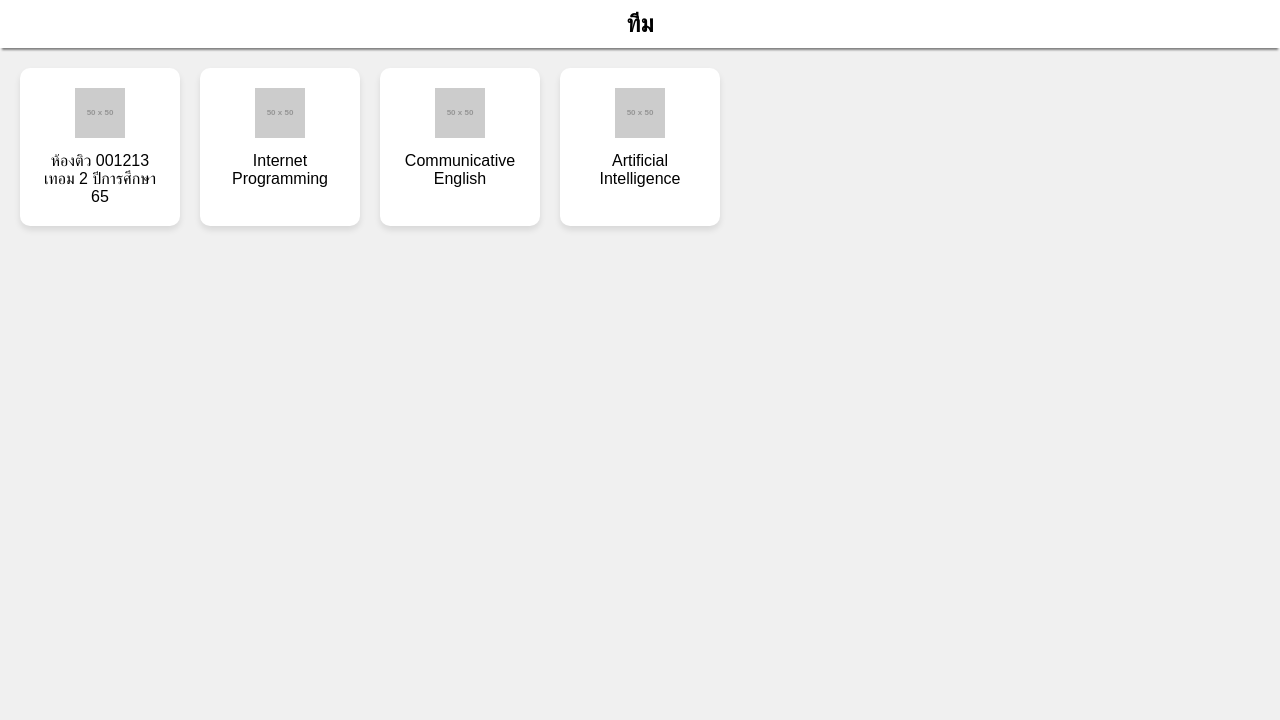
Repository: praifas16/ProPro
Page: docs/studenthead.html
These files come from the project's save history. The page is drawn as it stood at one moment and after the next save; the edit follows.
The browser window is 1280 px wide. The pictures show the whole page.

Above is the page before, as saved 2024-08-21 19:45:03.

After the next save:
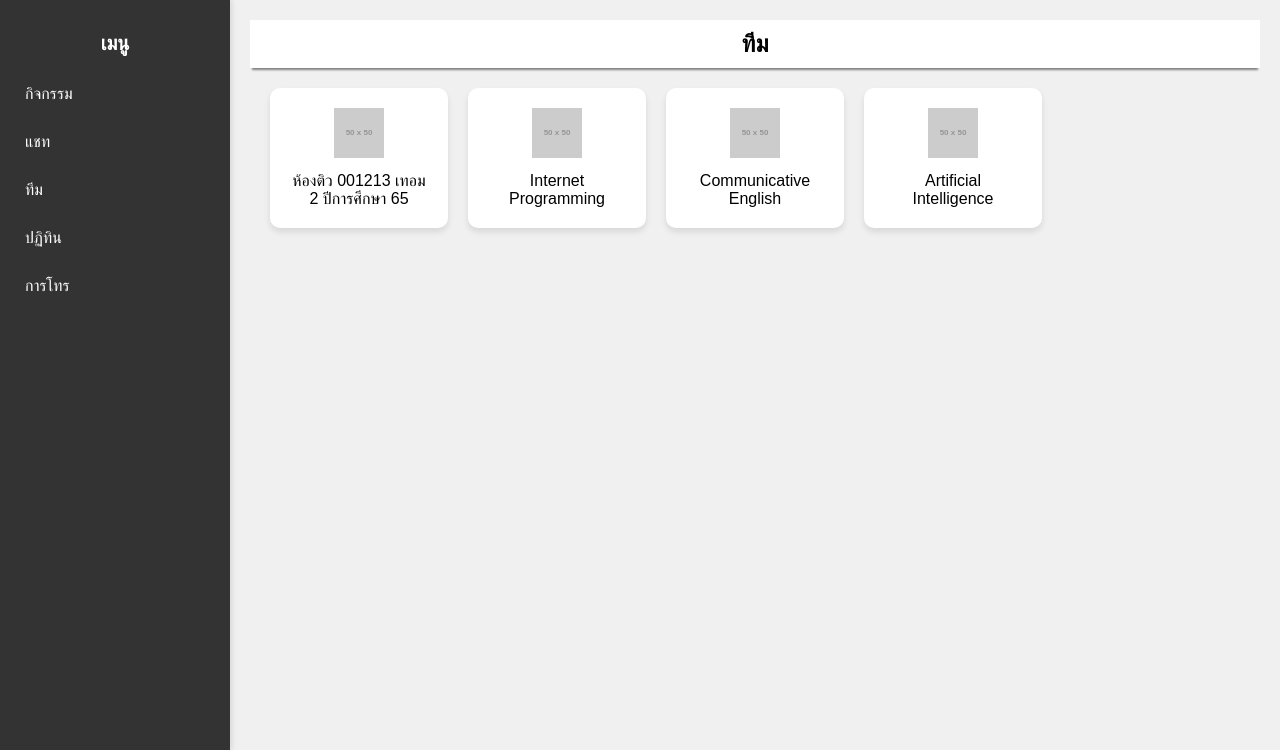
Saved 2 min 20 s later.
--- a/docs/studenthead.html
+++ b/docs/studenthead.html
@@ -10,6 +10,42 @@
             margin: 0;
             padding: 0;
             background-color: #f0f0f0;
+            display: flex;
+        }
+
+        /* เมนูแถบข้าง */
+        .sidebar {
+            width: 200px;
+            background-color: #333;
+            color: white;
+            height: 100vh;
+            padding: 15px;
+            box-shadow: 2px 0 5px rgba(0, 0, 0, 0.1);
+        }
+
+        .sidebar h2 {
+            text-align: center;
+            margin-bottom: 20px;
+            font-size: 20px;
+        }
+
+        .sidebar a {
+            display: block;
+            color: white;
+            padding: 10px;
+            text-decoration: none;
+            margin-bottom: 10px;
+            border-radius: 4px;
+        }
+
+        .sidebar a:hover {
+            background-color: #575757;
+        }
+
+        /* โครงสร้างหน้าเว็บหลัก */
+        .main-content {
+            flex-grow: 1;
+            padding: 20px;
         }
 
         header {
@@ -57,27 +93,40 @@
     </style>
 </head>
 <body>
-    <header>
-        <h1>ทีม</h1>
-    </header>
-    <div class="container">
-        <div class="card">
-            <img src="https://via.placeholder.com/50" alt="icon">
-            <p>ห้องติว 001213 เทอม 2 ปีการศึกษา 65</p>
+    <!-- เมนูแถบข้าง -->
+    <div class="sidebar">
+        <h2>เมนู</h2>
+        <a href="#">กิจกรรม</a>
+        <a href="#">แชท</a>
+        <a href="#">ทีม</a>
+        <a href="#">ปฏิทิน</a>
+        <a href="#">การโทร</a>
+    </div>
+
+    <!-- เนื้อหาหลัก -->
+    <div class="main-content">
+        <header>
+            <h1>ทีม</h1>
+        </header>
+        <div class="container">
+            <div class="card">
+                <img src="https://via.placeholder.com/50" alt="icon">
+                <p>ห้องติว 001213 เทอม 2 ปีการศึกษา 65</p>
+            </div>
+            <div class="card">
+                <img src="https://via.placeholder.com/50" alt="icon">
+                <p>Internet Programming</p>
+            </div>
+            <div class="card">
+                <img src="https://via.placeholder.com/50" alt="icon">
+                <p>Communicative English</p>
+            </div>
+            <div class="card">
+                <img src="https://via.placeholder.com/50" alt="icon">
+                <p>Artificial Intelligence</p>
+            </div>
+            <!-- เพิ่มเติม Card อื่น ๆ ตามต้องการ -->
         </div>
-        <div class="card">
-            <img src="https://via.placeholder.com/50" alt="icon">
-            <p>Internet Programming</p>
-        </div>
-        <div class="card">
-            <img src="https://via.placeholder.com/50" alt="icon">
-            <p>Communicative English</p>
-        </div>
-        <div class="card">
-            <img src="https://via.placeholder.com/50" alt="icon">
-            <p>Artificial Intelligence</p>
-        </div>
-        <!-- เพิ่มเติม Card อื่น ๆ ตามต้องการ -->
     </div>
 </body>
 </html>
